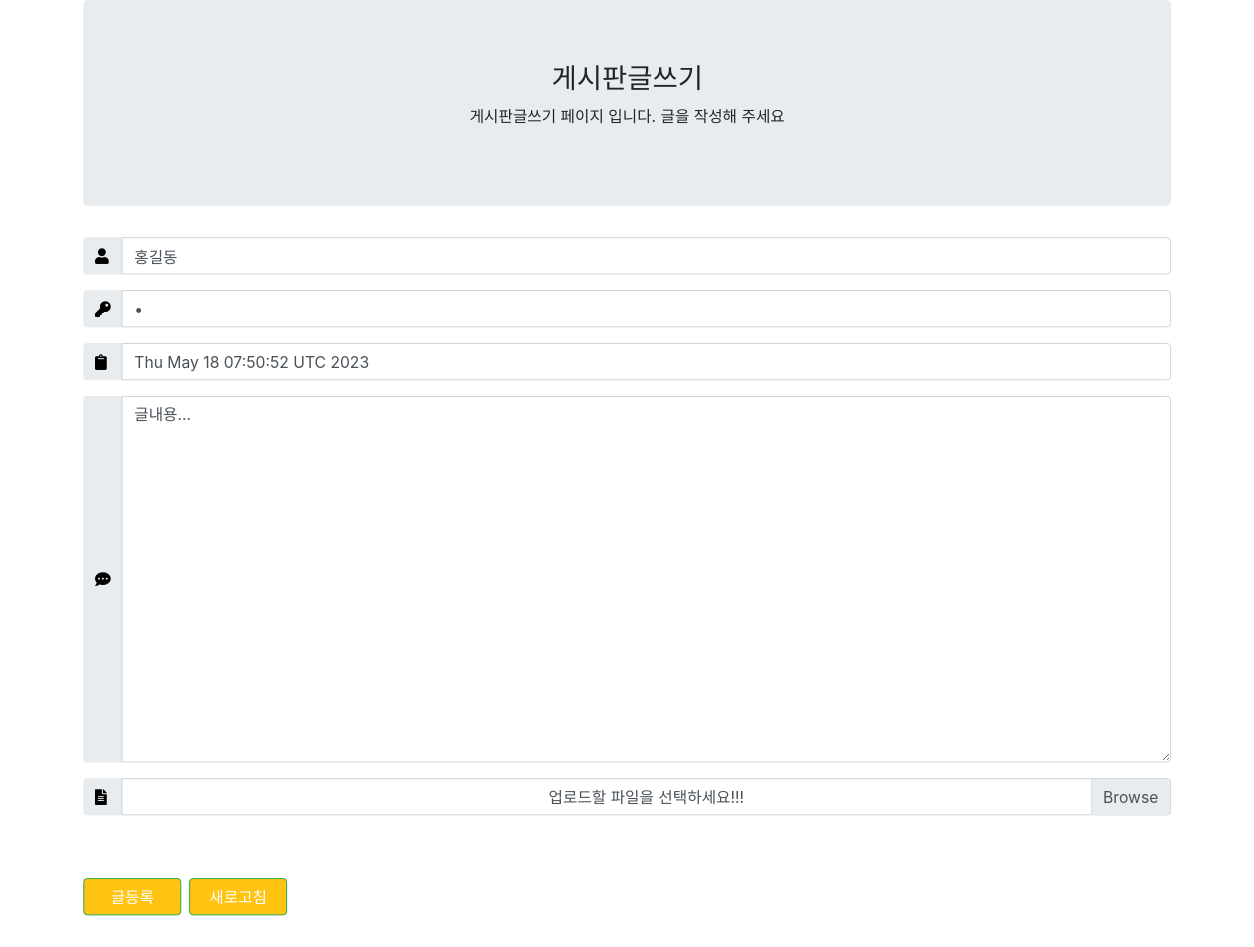
Repository: NoChanJong/JSP
Page: http://localhost/jsp09_board/board/board_write.jsp
These files come from the project's save history. The page is drawn as it stood at one moment and after the next save; the edit follows.
The browser window is 1280 px wide. The pictures show the whole page, at 98% of full size.
The page is served by Tomcat 9.

Above is the page before, as saved 2023-05-24 06:28:07.

After the next save:
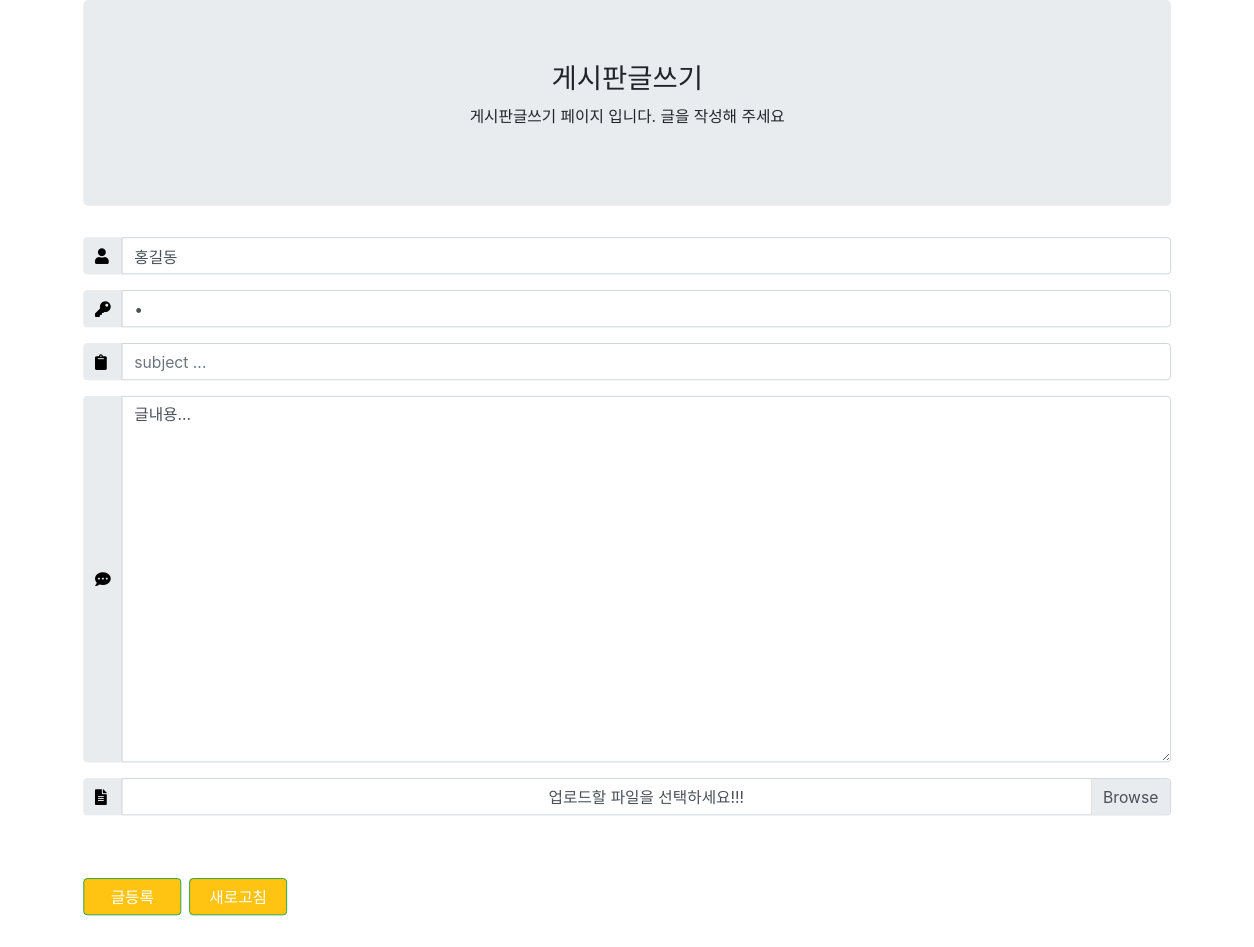
Saved 22 s later.
--- a/jsp09_board/WebContent/board/board_write.jsp
+++ b/jsp09_board/WebContent/board/board_write.jsp
@@ -48,7 +48,7 @@
 			</div>
 			<div class="form-group input-group">
 				<div class="input-group-prepend"><span class="input-group-text"><i class="fas fa-clipboard"></i></span></div>
-				<input type="text" class="form-control" name="subject" id="subject" value="<%= new java.util.Date() %>" required placeholder="subject ...">
+				<input type="text" class="form-control" name="subject" id="subject" value="" required placeholder="subject ...">
 			</div>
 			<div class="form-group input-group">
 				<div class="input-group-prepend"><span class="input-group-text"><i class="fas fa-comment-dots"></i></span></div>
